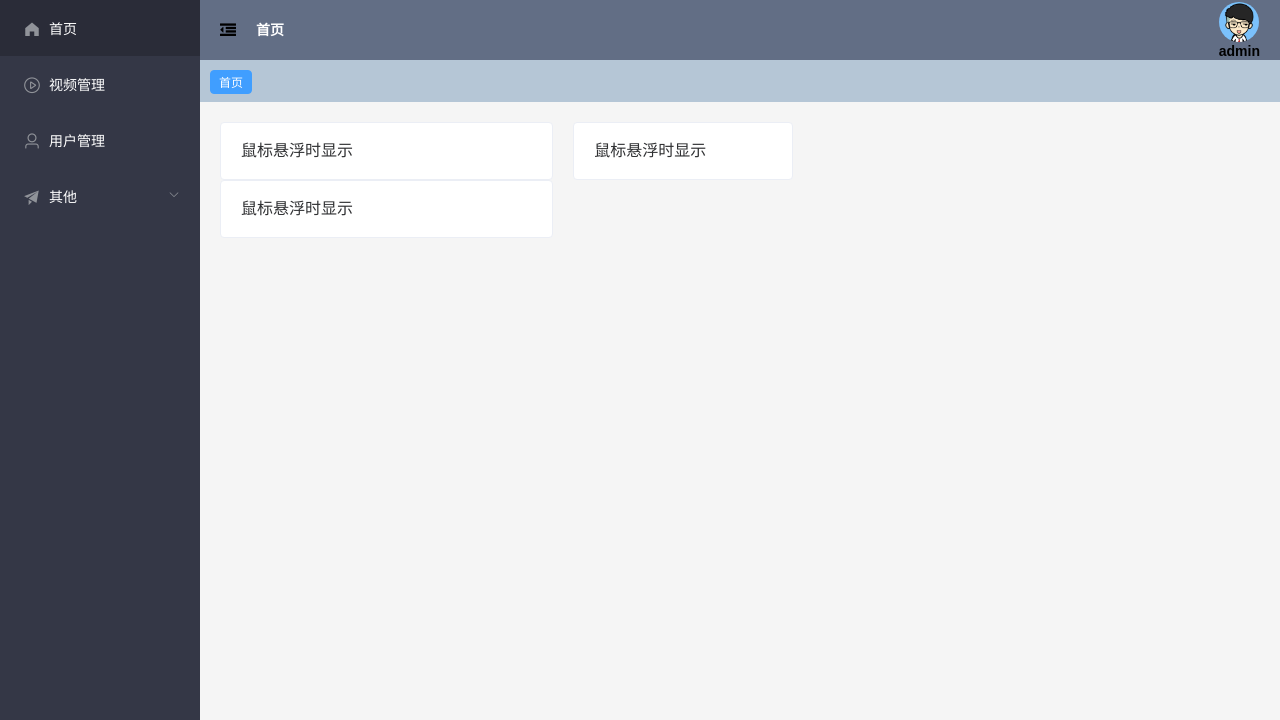
Repository: coWhy/vue-manage
Page: /
An editor plug-in stored every save of this project. The page is shown before and after the next save, followed by the edit.
The browser window is 1280 px wide. The pictures show the whole page.
The project was rebuilt for these pictures with package versions that can differ from the ones it lists, and the page was loaded fresh each time. Also part of the build but not shown: vue.config.js.

Above is the page before, as saved 2020-04-13 22:41:29.

### src/main.js
import Vue from 'vue'
import App from './App.vue'
import router from './router'
import store from './store'
// 全局配置样式
import '@/assets/scss/reset.scss'
import '@/assets/font-awesome-4.7.0/css/font-awesome.css'
// 第三方包
import ElementUI from 'element-ui'
import 'element-ui/lib/theme-chalk/index.css'
// 自定义全局插件
import http from '@/plugins/http' // 自定义全局axios
// 引入Mock 主要是用于前端模拟使用 使用时 记得注释掉
import './mock'

Vue.config.productionTip = false
Vue.use(http)
console.log(
  `当前所处开发环境:【${process.env.NODE_ENV}】| 路由为: 【${process.env.VUE_APP_URL}】`
)
Vue.use(ElementUI)
new Vue({
  router,
  store,
  render: h => h(App)
}).$mount('#app')

### src/App.vue
<template>
  <div id="app">
    <router-view />
  </div>
</template>

<style lang="scss">
#app {
  // color: $theme-color;
  height: 100vh;
}
</style>

### src/router/index.js
import Vue from 'vue'
import VueRouter from 'vue-router'
//
const originalPush = VueRouter.prototype.push
VueRouter.prototype.push = function push(location) {
  return originalPush.call(this, location).catch(err => err)
}
Vue.use(VueRouter)

const routes = [
  {
    path: '/',
    component: () => import('@/views/layout/index'),
    children: [
      {
        path: '/',
        name: 'home',
        component: () => import('@/views/home/index')
      },
      {
        path: '/video',
        name: 'video',
        component: () => import('@/views/video/index')
      },
      {
        path: '/user',
        name: 'user',
        component: () => import('@/views/user/index')
      },
      {
        path: '/page1',
        name: 'page1',
        component: () => import('@/views/other/page1')
      },
      {
        path: '/page2',
        name: 'page2',
        component: () => import('@/views/other/page2')
      }
    ]
  }
]

const router = new VueRouter({
  routes
})

export default router

### src/store/index.js
import Vue from 'vue'
import Vuex from 'vuex'
import tag from './modules/tag'
Vue.use(Vuex)

export default new Vuex.Store({
  state: {},
  mutations: {},
  actions: {},
  modules: {
    tag
  }
})

### src/plugins/http.js
// 自定义开发插件
import axios from 'axios'

const MyHttpServer = {}

MyHttpServer.install = Vue => {
  // 基准地址
  // axios.defaults.baseURL = process.env.VUE_APP_URL
  const service = axios.create({
    baseURL: process.env.VUE_APP_URL, //请求基础url
    timeout: 3000 //  请求超时时间
  })
  // 添加请求拦截器 token拦截
  service.interceptors.request.use(
    config => {
      return config
    },
    err => {
      console.log(err)
    }
  )
  // 响应拦截器
  service.interceptors.response.use(
    response => {
      let res = {}
      //  此处对不同状态码 进行不同的操作 比如404 跳转页面等
      res.status = response.status
      res.data = response.data
      return res
    },
    err => {
      console.log(err)
    }
  )
  Vue.prototype.$http = axios
}
export default MyHttpServer

### src/mock/index.js
import Mock from 'mockjs'
import homeApi from './home'
Mock.setup({
  timeout: '200-2000' // 设置延时 [200 - 2000ms]
})
// 首页相关
// 拦截 /home/getData
Mock.mock('/home/getData', 'get', homeApi.getHomeData) // /\/home\/getData/.

### src/assets/scss/_variable.scss
// 全局配置样式 修改主题颜色
$theme-color: #33aef0;

### src/views/layout/index.vue
<template>
  <el-container class="container">
    <!-- 左侧菜单栏 -->
    <el-aside width="auto">
      <common-aside></common-aside>
    </el-aside>
    <el-container>
      <!-- 头部 -->
      <el-header class="header">
        <common-header></common-header>
      </el-header>
      <!-- Tab标签 -->
      <common-tag class="tag"></common-tag>
      <!-- 主体 -->
      <el-main>
        <router-view></router-view>
      </el-main>
    </el-container>
  </el-container>
</template>

<script>
import CommonAside from './components/aside/index'
import CommonHeader from './components/header/index'
import CommonTag from './components/tag/index'
export default {
  components: {
    CommonAside,
    CommonHeader,
    CommonTag
  }
}
</script>

<style lang="scss" scoped>
.container {
  height: 100%;
}
.header {
  background-color: #626e85; // 头部背景色
  width: 100%;
}
.main {
  padding-top: 0;
}
</style>

### src/views/home/index.vue
<template>
  <el-row class="home" :gutter="20">
    <el-col :span="8">
      <el-card shadow="hover">
        鼠标悬浮时显示
      </el-card>
      <el-card shadow="hover">
        鼠标悬浮时显示
      </el-card>
    </el-col>
    <el-col :span="16">
      <div class="num">
        <el-card shadow="hover">
          鼠标悬浮时显示
        </el-card>
      </div>
    </el-col>
  </el-row>
</template>

<script>
export default {
  methods: {
    async getVideoData() {
      const res = await this.$http.get('/home/getData')
      console.log(res)
    }
  },
  created() {
    this.getVideoData()
  }
}
</script>

<style lang="scss" scoped>
@import url('~@/assets/scss/home.scss');
</style>

### src/store/modules/tag.js
export default {
  state: {
    isCollapse: false, // 左侧菜单栏是否折叠
    curMenu: null, // 点击选中的菜单
    menuList: [], // 全部菜单
    tagList: [
      // 首页是不可关闭的
      {
        path: '/',
        name: 'home',
        title: '首页',
        icon: 'el-icon-s-home'
      }
    ] // 存放tags 点击后 就存到里面去
  },
  mutations: {
    // 点击 菜单之后 对应的tab 标签也要 进入 tabList 进行存放
    // 首页 不加入tabList
    getMenu(state, selectedMenu) {
      if (selectedMenu.name !== 'home') {
        state.curMenu = selectedMenu
        let result = state.tagList.findIndex(
          item => item.name === selectedMenu.name
        )
        if (result === -1) {
          // 没找到这个tag 就放进tagList
          state.tagList.push(selectedMenu)
        }
      } else {
        state.curMenu = null
      }
    },
    // 关闭选中的tag
    closeTag(state, selectedTag) {
      // if (selectedTag.name !== 'home') {
      // }
      // 找到tag的索引 进行删除
      let result = state.tagList.findIndex(
        item => item.name === selectedTag.name
      )
      state.tagList.splice(result, 1)
    },
    // 折叠左侧菜单栏
    collapseAsideMenu(state) {
      state.isCollapse = !state.isCollapse
    }
  },
  actions: {},
  modules: {}
}

### src/mock/home.js
import Mock from 'mockjs'
export default {
  getHomeData: () => {
    return {
      code: 20000,
      data: [
        {
          name: 'SpringBoot',
          value: Mock.Random.float(1000, 10000, 0, 2)
        },
        {
          name: 'SpringBoot',
          value: Mock.Random.float(1000, 10000, 0, 2)
        },
        {
          name: 'React',
          value: Mock.Random.float(1000, 10000, 0, 2)
        },
        {
          name: 'Vue',
          value: Mock.Random.float(1000, 10000, 0, 2)
        },
        {
          name: '微信小程序',
          value: Mock.Random.float(1000, 10000, 0, 2)
        },
        {
          name: 'Es6',
          value: Mock.Random.float(1000, 10000, 0, 2)
        },
        {
          name: 'Java',
          value: Mock.Random.float(1000, 10000, 0, 2)
        }
      ]
    }
  }
}

### src/views/layout/components/aside/index.vue
<template>
  <el-menu
    default-active="2"
    class="el-menu-vertical-demo"
    :background-color="asideSetting.bgColor"
    :text-color="asideSetting.texteColor"
    :active-text-color="asideSetting.activeTextColor"
    :collapse="isCollapse"
  >
    <!-- 这是没有子级菜单的
    handleClickMenu(item) 将选中的菜单元素存入store中的menu 用于tab使用
    由于 分两种情况 所以 下面两种 都需要加上handleClickMenu 事件
    v-for="item in noChildrenList" 遍历元素列表
    :index="item.path"  路由相关
    :key="item.title" 索引 避免重复
    -->
    <!-- noChildrenList -->
    <el-menu-item
      :index="item.path"
      v-for="item in noChildrenList"
      :key="item.title"
      @click="handleClickMenu(item)"
    >
      <i :class="item.icon"></i>
      <span slot="title">{{ item.title }}</span>
    </el-menu-item>
    <!-- hasChildrenList -->
    <el-submenu
      :index="item.title"
      v-for="item in hasChildrenList"
      :key="item.title"
    >
      <template slot="title">
        <i :class="item.icon"></i>
        <span slot="title">{{ item.title }}</span>
      </template>
      <el-menu-item-group>
        <el-menu-item
          :index="subItem.path"
          v-for="subItem in item.children"
          :key="subItem.title"
          @click="handleClickMenu(subItem)"
        >
          <i :class="subItem.icon"></i>
          <span slot="title">{{ subItem.title }}</span>
        </el-menu-item>
      </el-menu-item-group>
    </el-submenu>
  </el-menu>
</template>

<script>
export default {
  computed: {
    noChildrenList() {
      // asideMenuList 没有 子级菜单
      return this.asideMenuList.filter(item => !item.children)
    },
    hasChildrenList() {
      // asideMenuList 有 子级菜单
      return this.asideMenuList.filter(item => item.children)
    },
    // 取出vuex中的是否折叠isCollapse
    isCollapse() {
      return this.$store.state.tag.isCollapse
    }
  },
  data() {
    return {
      asideSetting: {
        bgColor: '#343746', // 侧边栏背景颜色
        activeTextColor: '#4ffffb', // 选中字体的颜色
        texteColor: '#fff' // 默认字体颜色
      },
      //侧边栏菜单列表
      asideMenuList: [
        {
          path: '/',
          name: 'home',
          title: '首页',
          icon: 'el-icon-s-home'
        },
        {
          path: '/video',
          name: 'video',
          title: '视频管理',
          icon: 'el-icon-video-play'
        },
        {
          path: '/user',
          name: 'user',
          title: '用户管理',
          icon: 'el-icon-user'
        },
        {
          title: '其他',
          icon: 'el-icon-s-promotion',
          children: [
            {
              path: '/page1',
              name: 'page1',
              title: '页面1',
              icon: 'el-icon-setting'
            },
            {
              path: '/page2',
              name: 'page2',
              title: '页面2',
              icon: 'el-icon-setting'
            }
          ]
        }
      ]
    }
  },
  methods: {
    // 选中菜单 传入store
    handleClickMenu(item) {
      // 跳转到指定的页面
      this.$router.push({ name: item.name })
      this.$store.commit('getMenu', item)
    }
  }
}
</script>

<style lang="scss" scoped>
.el-menu {
  // 菜单占满容器
  height: 100%;
  border: none;
}
// 折叠样式
.el-menu-vertical-demo:not(.el-menu--collapse) {
  width: 200px;
  min-height: 400px;
}
</style>

### src/views/layout/components/header/index.vue
<template>
  <header class="header">
    <div class="l-content">
      <!-- 折叠标签 可以折叠左侧菜单栏 折叠：fa fa-outdent 展开： fa fa-indent -->
      <i
        :class="
          $store.state.tag.isCollapse === true
            ? 'fa fa-indent'
            : 'fa fa-outdent '
        "
        aria-hidden="true"
        @click="collapseAsideMenu()"
      ></i>
      <!-- 面包屑导航 -->
      <el-breadcrumb separator="/">
        <!-- 默认保留一个 首页 -->
        <el-breadcrumb-item :to="{ path: '/' }">首页</el-breadcrumb-item>
        <!-- curMenu 不为null的时候才渲染出来 -->
        <el-breadcrumb-item :to="curMenu.path" v-if="curMenu">
          {{ curMenu.title }}
        </el-breadcrumb-item>
      </el-breadcrumb>
    </div>
    <!-- 用户部分 头像 下拉菜单 等 -->
    <div class="r-content">
      <el-dropdown trigger="click" size="mini">
        <span class="el-dropdown-link">
          <!-- 用户头像 和 用户名 动态获取 -->
          <img :src="userInfo.avatar" class="avatar" />
          <span class="name">{{ userInfo.username }}</span>
        </span>
        <el-dropdown-menu slot="dropdown">
          <el-dropdown-item>个人中心</el-dropdown-item>
          <el-dropdown-item>退出登录</el-dropdown-item>
        </el-dropdown-menu>
      </el-dropdown>
    </div>
  </header>
</template>

<script>
import { mapState } from 'vuex'
export default {
  computed: {
    ...mapState({
      curMenu: state => state.tag.curMenu // 选中的菜单对象
    })
  },
  data() {
    return {
      // 用户信息
      userInfo: {
        username: 'admin', // 用户名
        avatar: require('@/assets/images/user.png') // 用户头像
      }
    }
  },
  methods: {
    // 折叠左侧菜单栏
    collapseAsideMenu() {
      this.$store.commit('collapseAsideMenu')
    }
  }
}
</script>

<style lang="scss" scoped>
.header {
  display: flex;
  height: 100%;
  align-items: center;
  justify-content: space-between;
}
.l-content {
  // width: 380;
  display: flex;
  align-items: center;
  i {
    margin-right: 20px;
  }
  justify-content: space-between;
}
.r-content {
  .avatar {
    width: 40px;
    height: 40px;
    border-radius: 50%;
  }
  .name {
    display: flex;
    height: 100%;
    color: black;
    font-weight: bolder;
    align-items: center;
  }
}
</style>
<style lang="scss">
.el-breadcrumb__item {
  .el-breadcrumb__inner {
    color: #b9d0fb;
    font-weight: normal;
  }
  &:last-child {
    .el-breadcrumb__inner {
      color: #ffffff;
      font-weight: bolder;
    }
  }
}
</style>

### src/views/layout/components/tag/index.vue
<template>
  <div class="tags">
    <!--  tabs标签
  不是首页才可以关闭
  选中tag颜色变化 :effect="$route.name === tag.name ? 'dark' : 'plain'"
  -->
    <el-tag
      size="small"
      :key="tag.name"
      v-for="tag in tagList"
      :closable="tag.name !== 'home'"
      :disable-transitions="false"
      @close="handleClose(tag)"
      @click="changeMenu(tag)"
      :effect="$route.name === tag.name ? 'dark' : 'plain'"
    >
      {{ tag.title }}
    </el-tag>
  </div>
</template>

<script>
import { mapState, mapMutations } from 'vuex'
export default {
  computed: {
    ...mapState({
      tagList: state => state.tag.tagList
    })
  },
  data() {
    return {}
  },
  methods: {
    ...mapMutations({
      closeTag: 'closeTag'
    }),
    // 关闭tag
    handleClose(tag) {
      this.closeTag(tag)
    },
    changeMenu(tag) {
      this.$store.commit('getMenu', tag)
      this.$router.push({ name: tag.name })
    }
  }
}
</script>

<style lang="scss" scoped>
.tags {
  background-color: #b5c6d6;
  position: relative;
  height: 42px;
  border: none;
  overflow: hidden;
  padding: 10px;
  .el-tag {
    padding-top: 1px;
    padding-bottom: 1px;
    margin-right: 15px;
    cursor: pointer;
  }
}
</style>

### src/assets/scss/home.scss
.home {
  .user {
    display: flex;
    align-items: center;
    padding-bottom: 20px;
    margin-bottom: 20px;
    border-bottom: 1px solid #ccc;
    img {
      width: 150px;
      height: 150px;
      border-radius: 50%;
      margin-right: 40px;
    }
    &info {
      .name {
        font-size: 32px;
        margin-bottom: 10px;
      }
      .access {
        color: #999999;
      }
    }
  }
  .login-info {
    p {
      line-height: 28px;
      font-size: 14px;
      color: #999999;
      span {
        color: #666666;
        margin-left: 60px;
      }
    }
  }
  .num {
    display: flex;
    flex-wrap: wrap;
    justify-content: space-between;
    .el-card {
      width: 32%;
      margin-bottom: 20px;
    }
    .icon {
      font-size: 30px;
      width: 80px;
      height: 80px;
      text-align: center;
      line-height: 80px;
      color: #fff;
    }
    .detail {
      margin-left: 15px;
      display: flex;
      flex-direction: column;
      justify-content: center;
      .num {
        font-size: 30px;
        margin-bottom: 10px;
      }
      .txt {
        font-size: 14px;
        text-align: center;
        color: #999999;
      }
    }
  }
  .graph {
    margin-top: 20px;
    display: flex;
    justify-content: space-between;
    .el-card {
      width: 48%;
    }
  }
}

Loaded but not shown: public/index.html (common file); src/assets/scss/reset.scss (common file); src/assets/font-awesome-4.7.0/css/font-awesome.css (library)

After the next save:
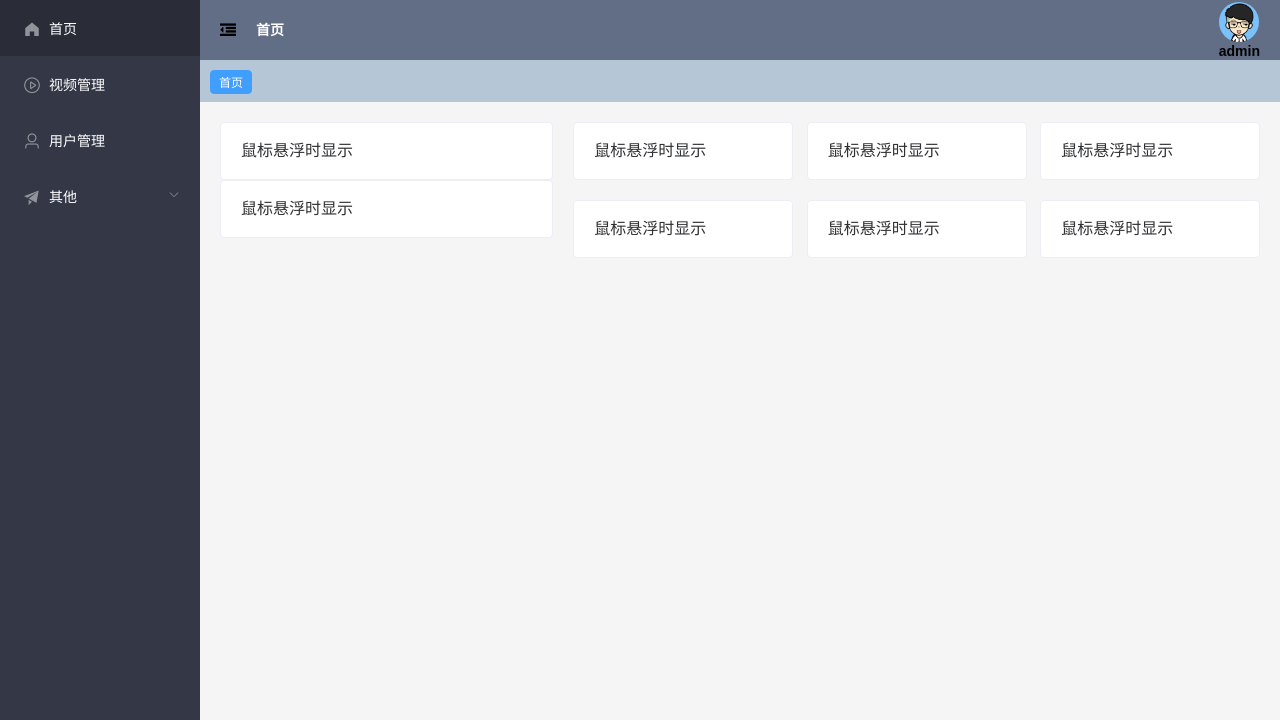
Saved 27 s later.
--- a/src/views/home/index.vue
+++ b/src/views/home/index.vue
@@ -10,7 +10,7 @@
     </el-col>
     <el-col :span="16">
       <div class="num">
-        <el-card shadow="hover">
+        <el-card shadow="hover" v-for="item in 6" :key="item">
           鼠标悬浮时显示
         </el-card>
       </div>
